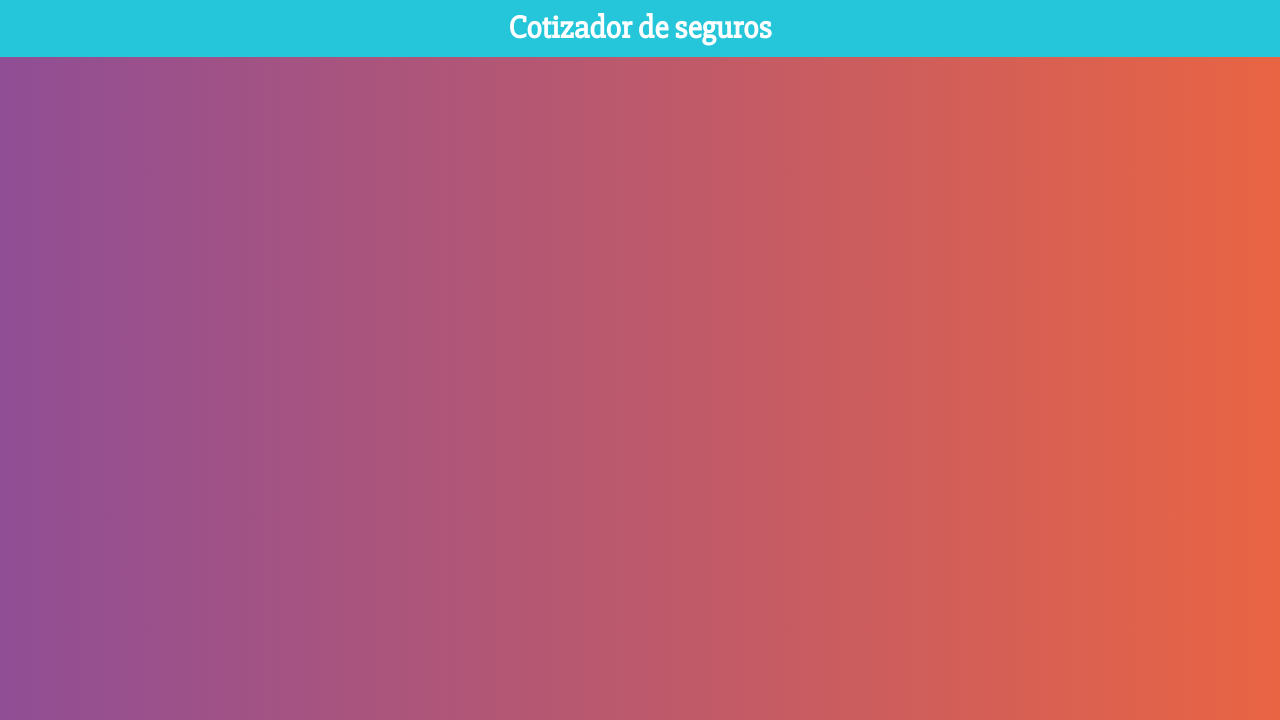
Repository: leonmezu1/cotizadorSeguroReact
Page: /
The author's editor kept a copy of each file at every save. The page is drawn from the files as they stood at one save, then again after the next save.
The browser window is 1280 px wide. The pictures show the whole page.
The project was rebuilt for these pictures with package versions that can differ from the ones it lists, and the page was loaded fresh each time.

Above is the page before, as saved 2020-10-08 09:25:53.

### public/index.html
<!DOCTYPE html>
<html lang="en">
  <head>
    <meta charset="utf-8" />
    <link rel="icon" href="%PUBLIC_URL%/favicon.ico" />
    <meta name="viewport" content="width=device-width, initial-scale=1" />
    <meta name="theme-color" content="#000000" />
    <meta
      name="description"
      content="Web site created using create-react-app"
    />
    <link rel="apple-touch-icon" href="%PUBLIC_URL%/logo192.png" />
    <!--
      manifest.json provides metadata used when your web app is installed on a
      user's mobile device or desktop. See https://developers.google.com/web/fundamentals/web-app-manifest/
    -->
    <link rel="manifest" href="%PUBLIC_URL%/manifest.json" />
    <!--
      Notice the use of %PUBLIC_URL% in the tags above.
      It will be replaced with the URL of the `public` folder during the build.
      Only files inside the `public` folder can be referenced from the HTML.

      Unlike "/favicon.ico" or "favicon.ico", "%PUBLIC_URL%/favicon.ico" will
      work correctly both with client-side routing and a non-root public URL.
      Learn how to configure a non-root public URL by running `npm run build`.
    -->
    <link
      rel="stylesheet"
      href="https://necolas.github.io/normalize.css/8.0.0/normalize.css"
    />
    <link
      rel="stylesheet"
      href="https://fonts.googleapis.com/css?family=Slabo+27px"
    />
    <title>Cotizador de autos</title>
  </head>
  <body>
    <noscript>You need to enable JavaScript to run this app.</noscript>
    <div id="root"></div>
    <!--
      This HTML file is a template.
      If you open it directly in the browser, you will see an empty page.

      You can add webfonts, meta tags, or analytics to this file.
      The build step will place the bundled scripts into the <body> tag.

      To begin the development, run `npm start` or `yarn start`.
      To create a production bundle, use `npm run build` or `yarn build`.
    -->
  </body>
</html>

### src/index.css
*,
*::before,
*::after {
  box-sizing: border-box;
}

body {
  background: #e96443;
  /* fallback for old browsers */
  background: -webkit-linear-gradient(to right, #904e95, #e96443);
  /* Chrome 10-25, Safari 5.1-6 */
  background: linear-gradient(to right, #904e95, #e96443);
  font-family: Arial, Helvetica, sans-serif;
}

ul {
  list-style: none;
  padding: none;
  margin: none;
}

span.resultado {
  position: relative;
  width: 100%;
}

.resultado-enter {
  transition: .5s;
}

.resultado-enter.resultado-enter-active {
  transform: translateY(0%);
}

.resultado-exit {
  transform: translateY(0);
  transition: .5s;
  position: absolute;
  left: 0;
  bottom: 0;
  right: 0;
}

.resultado-exit-active {
  opacity: 0;
  transform: translateY(-10%);
}

### src/App.js
import React from "react";
import Header from "./components/Header";
import styled from "@emotion/styled";

const Contenedor = styled.div`
  max-width: 600px;
  margin: 0 auto;
`;

function App() {
  return (
    <div>
      <Header titulo="Cotizador de seguros" />
    </div>
  );
}

export default App;

### src/components/Header.js
import React from "react";
import styled from "@emotion/styled";

const ContenedorHeader = styled.header`
  background-color: #26c6da;
  padding: 10px;
  font-weight: bold;
  color: #ffffff;
`;

const TextoHeader = styled.h1`
  font-size: 2rem;
  margin: 0;
  font-family: "Slabo 27px", serif;
  text-align: center;
`;

const Header = ({ titulo }) => (
  <ContenedorHeader>
    <TextoHeader>{titulo}</TextoHeader>
  </ContenedorHeader>
);

export default Header;

Loaded but not shown: src/index.js (common file); src/serviceWorker.js (common file)

After the next save:
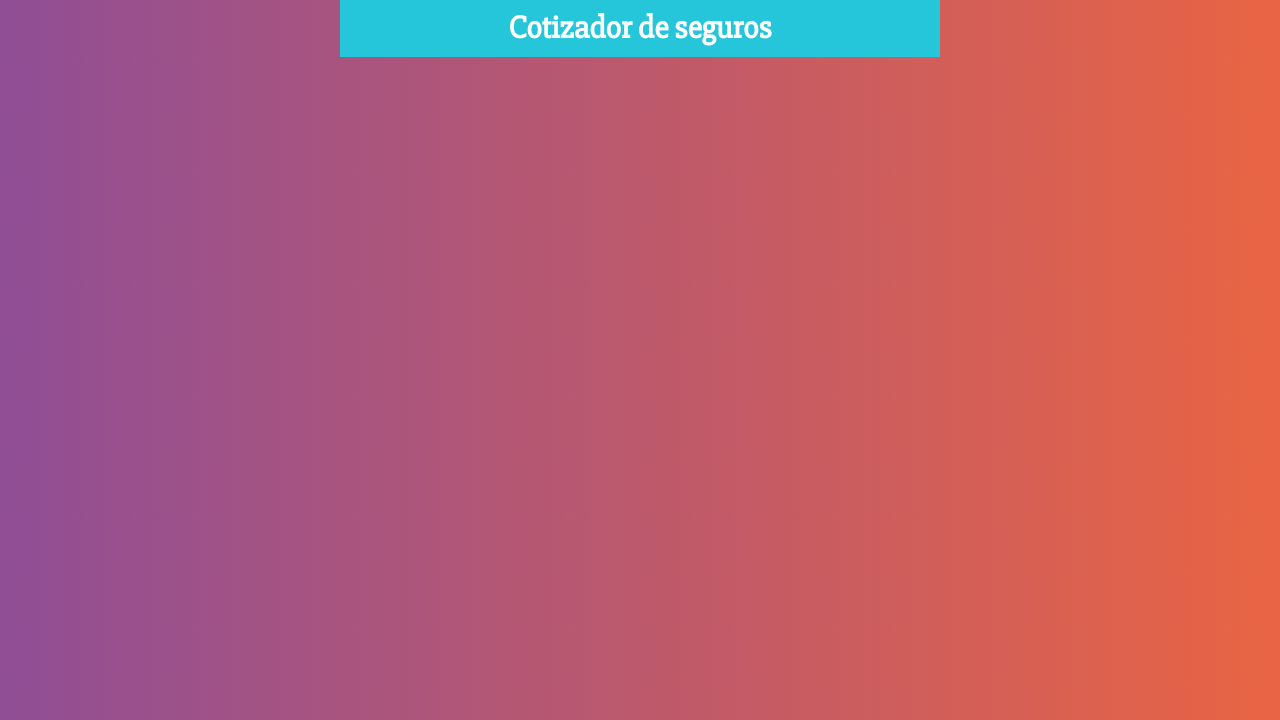
Saved 12 s later.
--- a/src/App.js
+++ b/src/App.js
@@ -9,9 +9,9 @@ const Contenedor = styled.div`
 
 function App() {
   return (
-    <div>
+    <Contenedor>
       <Header titulo="Cotizador de seguros" />
-    </div>
+    </Contenedor>
   );
 }
 
